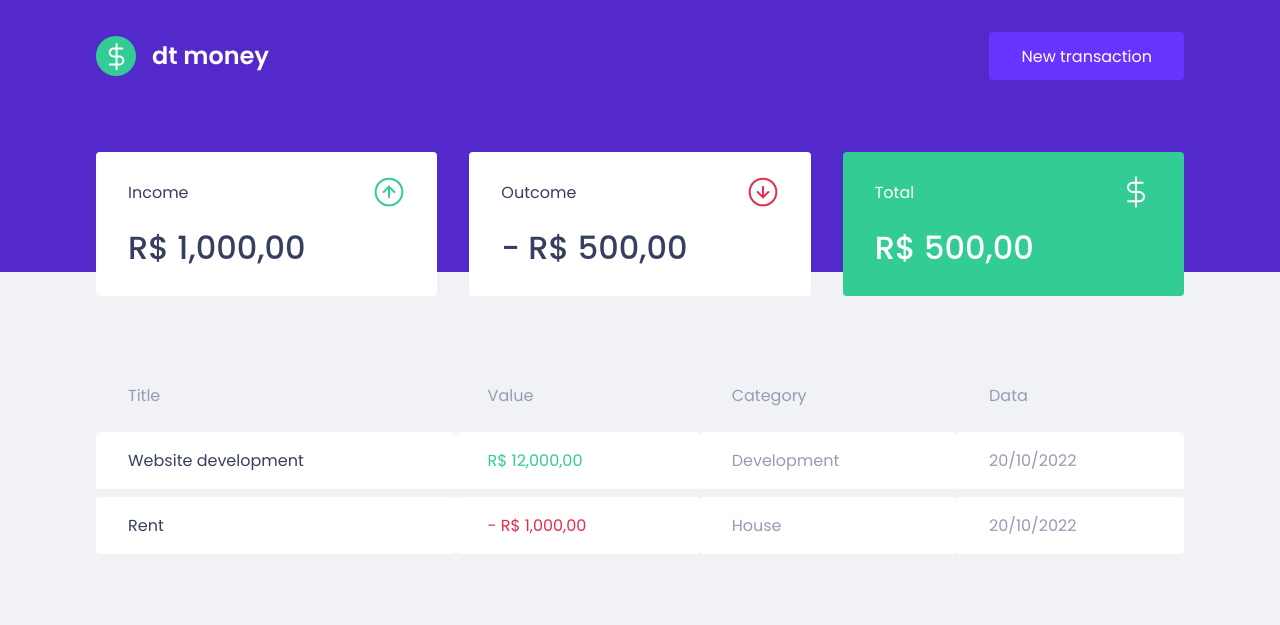
Repository: JoseGu1llardi/dtmoney
Page: /
The author's editor kept a copy of each file at every save. The page is drawn from the files as they stood at one save, then again after the next save.
The browser window is 1280 px wide. The pictures show the whole page.
The project was rebuilt for these pictures with package versions that can differ from the ones it lists, and the page was loaded fresh each time.

Above is the page before, as saved 2023-01-01 20:33:27.

### public/index.html
<!DOCTYPE html>
<html lang="en">
  <head>
    <link rel="preconnect" href="https://fonts.googleapis.com" />
    <link rel="preconnect" href="https://fonts.gstatic.com" crossorigin />

    <meta charset="utf-8" />
    <meta name="viewport" content="width=device-width, initial-scale=1" />

    <link
      href="https://fonts.googleapis.com/css2?family=Poppins:wght@400;500;600&display=swap"
      rel="stylesheet"
    />

    <link rel="shortcut icon" href="favicon.png" type="image/png" />

    <title>Guillardi Money</title>
  </head>
  <body>
    <noscript>You need to enable JavaScript to run this app.</noscript>
    <div id="root"></div>
  </body>
</html>

### src/index.tsx
import { StrictMode } from 'react';
import { createRoot } from 'react-dom/client';
import { App } from './App';

const root = createRoot(
  document.getElementById('root') as HTMLElement
);
root.render(
  <StrictMode>
    <App />
  </StrictMode>
);

### src/App.tsx
import { Dashboard } from "./components/Dashboard";
import { Header } from "./components/Header";

import { GlobalStyle } from "./styles/global";

export function App() {
  return (
    <>
      <Header />
      <Dashboard />
      <GlobalStyle />
    </>
  );
}

### src/components/Dashboard/index.tsx
import { Summary } from "../Summary";
import { TransactionTable } from "../TransactionsTable";

import { Container } from "./styles";


export function Dashboard() {
    return (
        <Container>
            <Summary />
            <TransactionTable />
        </Container>
    )
}

### src/components/Header/index.tsx
import logoImg from '../../assets/logo.svg'
import { Container, Content } from './styles'

export function Header() {
    return (
        <Container>
            <Content>
                <img src={logoImg} alt="Logo Guillardi Money" />
                <button>
                    New transaction
                </button>
            </Content>
        </Container>
    )
}

### src/styles/global.ts
import { createGlobalStyle } from "styled-components";

export const GlobalStyle = createGlobalStyle`
    :root {
        --background: #F0F2F5;
        --red: #e52e4d;
        --blue: #5429cc;
        --green: #33cc95;

        --blue-light: #6933ff;

        --text-title: #363f5f;
        --text-body: #969cb3;

        --background: #f0f2f5;
        --shape: #ffffff;
    }

    * {
        margin: 0;
        padding: 0;
        box-sizing: border-box;
    }

    html {
        @media (max-width: 1080px) {
            font-size: 93.75%;

        @media (max-width: 720px) {
            font-size: 87.5%;
        }
    }

    }

    body {
        background: var(--background);
        -webkit-font-smoothing: antialiased;
    }

    body, input, textarea, button {
        font-family: 'Poppins', sans-serif;
        font-weight: 400;
    }

    h1, h2, h3, h4, h5, h6, strong {
        font-weight: 600;
    }

    button {
        cursor: pointer;
    }

    [disabled] {
        opacity: 0.6;
        cursor: not-allowed;
    }
`;

### src/components/Summary/index.tsx
import { Container } from './styles';

import incomeImg from '../../assets/income.svg';
import outcomeImg from '../../assets/outcome.svg';
import totalImg from '../../assets/total.svg';

export function Summary() {
    return (
        <Container>
            <div>
                <header>
                    <p>Income</p>
                    <img src={incomeImg} alt="Logo income" />
                </header>
                <strong>R$ 1,000,00</strong>
            </div>

            <div>
                <header>
                    <p>Outcome</p>
                    <img src={outcomeImg} alt="Logo outcome" />
                </header>
                <strong>- R$ 500,00</strong>
            </div>

            <div className="highlight-background">
                <header>
                    <p>Total</p>
                    <img src={totalImg} alt="Logo total" />
                </header>
                <strong>R$ 500,00</strong>
            </div>
        </Container>
    )
}

### src/components/TransactionsTable/index.tsx
import { Container } from './styles';

export function TransactionTable() {
    return (
        <Container>
            <table>
                <thead>
                    <tr>
                        <th>Title</th>
                        <th>Value</th>
                        <th>Category</th>
                        <th>Data</th>
                    </tr>
                </thead>

                <tbody>
                    <tr>
                        <td>Website development</td>
                        <td className='deposit'>R$ 12,000,00</td>
                        <td>Development</td>
                        <td>20/10/2022</td>
                    </tr>

                    <tr>
                        <td>Rent</td>
                        <td className="withdraw">- R$ 1,000,00</td>
                        <td>House</td>
                        <td>20/10/2022</td>
                    </tr>

                </tbody>
            </table>
        </Container>
    )
}

### src/components/Header/styles.ts
import styled from "styled-components";

export const Container = styled.header`
  background: var(--blue);
`;

export const Content = styled.div`
  max-width: 1120px;
  margin: 0 auto;

  padding: 2rem 1rem 12rem;
  display: flex;
  align-items: center;
  justify-content: space-between;

  button {
    font-size: 1rem;
    color: white;
    background: var(--blue-light);
    border: 0;
    padding: 0 2rem;
    border-radius: 0.25rem;
    height: 3rem;

    transition: filter 0.2s;

    &:hover {
      filter: brightness(0.9);
    }
  }
`;

### src/components/Summary/styles.ts
import styled from "styled-components";

export const Container = styled.div`
  display: grid;
  grid-template-columns: repeat(3, 1fr);
  gap: 2rem;
  margin-top: -10rem;

  div {
    background: var(--shape);
    padding: 1.5rem 2rem;
    border-radius: 0.25rem;
    color: var(--text-title);

    header {
      display: flex;
      align-items: center;
      justify-content: space-between;
    }

    strong {
      display: block;
      margin-top: 1rem;
      font-size: 2rem;
      font-weight: 500;
    }

    &.highlight-background {
      background: var(--green);
      color: white;
    }
  }
`;

Loaded but not shown: src/components/Dashboard/styles.ts (common file); src/components/TransactionsTable/styles.ts (common file)

After the next save:
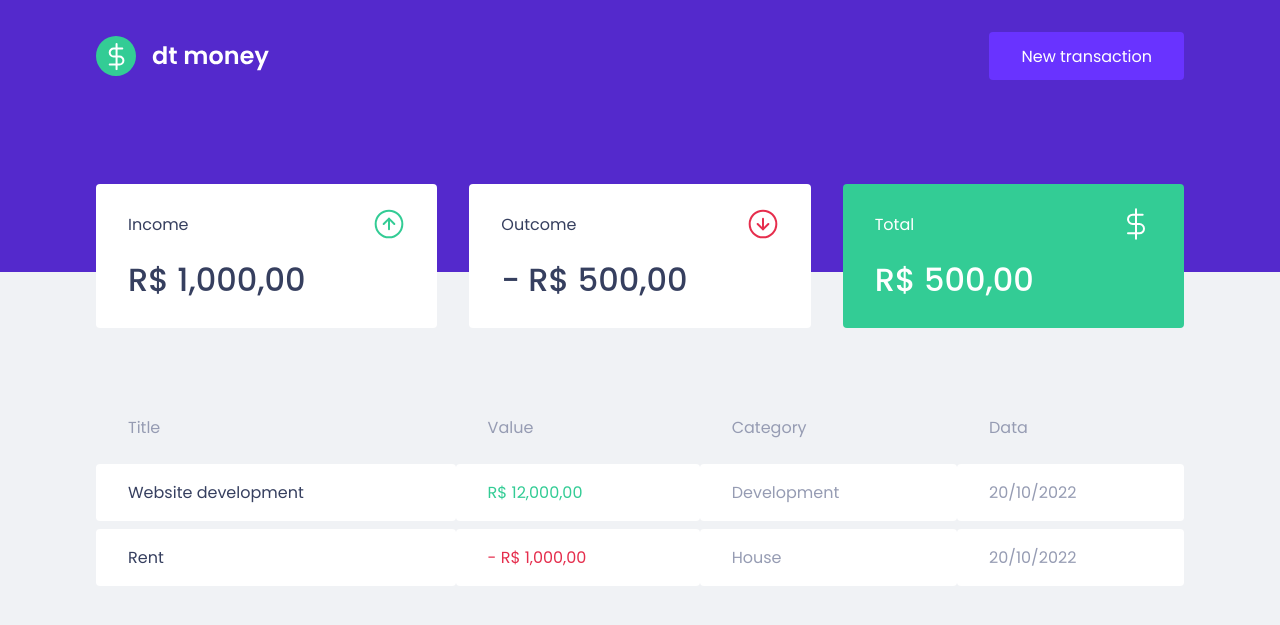
Saved 18 s later.
--- a/src/components/Summary/styles.ts
+++ b/src/components/Summary/styles.ts
@@ -4,7 +4,7 @@ export const Container = styled.div`
   display: grid;
   grid-template-columns: repeat(3, 1fr);
   gap: 2rem;
-  margin-top: -10rem;
+  margin-top: -8rem;
 
   div {
     background: var(--shape);
